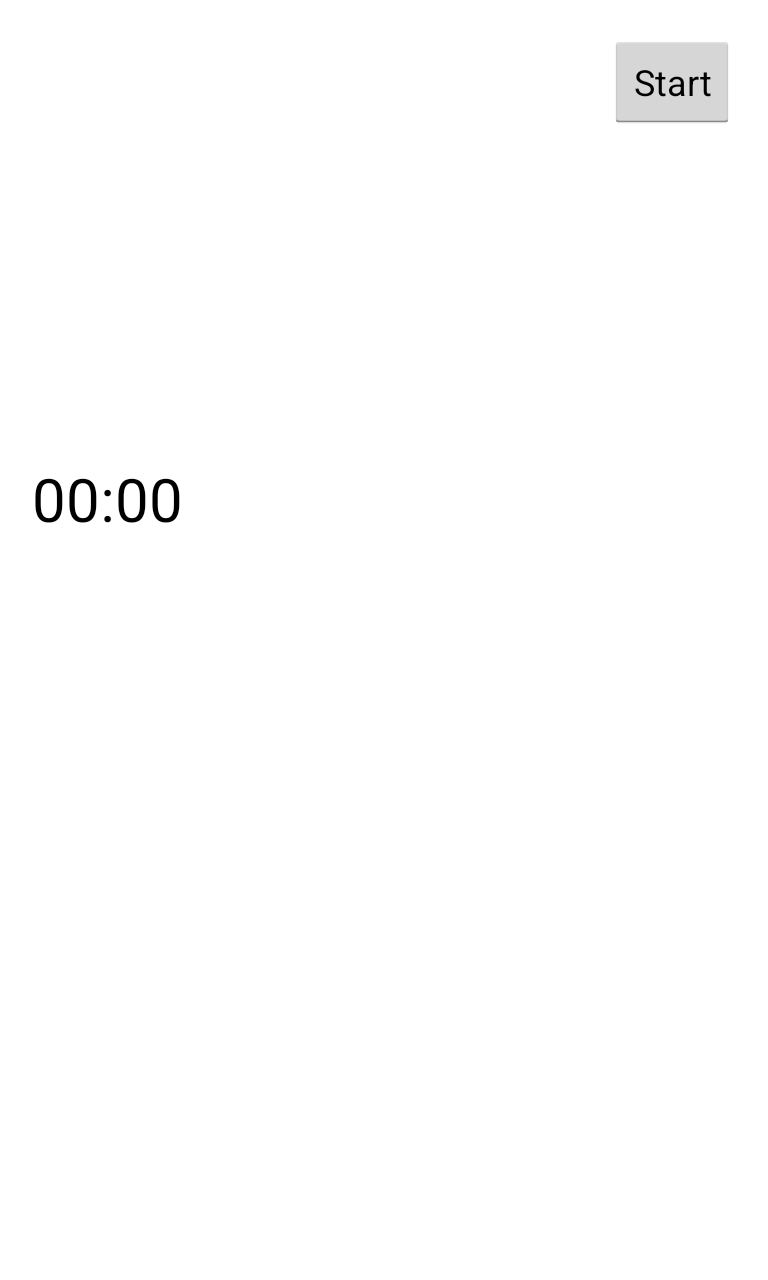
Repository: albertowusuasare/CustomStopWatch
Layout: CustomStopWatch/res/layout/activity_timer.xml
These files come from the project's save history. The layout is drawn as it stood at one moment and after the next save; the edit follows.
It is drawn on a 768 x 1280 px phone screen (xhdpi) without system bars, with theme AppTheme; the app's code is not run.

Above is the layout before, as saved 2014-09-25 02:44:21.

### CustomStopWatch/res/layout/activity_timer.xml
<LinearLayout xmlns:android="http://schemas.android.com/apk/res/android"
    xmlns:tools="http://schemas.android.com/tools"
    android:layout_width="match_parent"
    android:layout_height="match_parent"
    android:paddingBottom="@dimen/activity_vertical_margin"
    android:paddingLeft="@dimen/activity_horizontal_margin"
    android:paddingRight="@dimen/activity_horizontal_margin"
    android:paddingTop="@dimen/activity_vertical_margin"
    tools:context="com.example.customstopwatch.TimerActivity" >

    <Chronometer
        android:id="@+id/chronometer1"
        android:layout_width="0dp"
        android:layout_height="wrap_content"
        android:layout_marginTop="213dp"
        android:layout_weight="0.25"
        android:format="%s"
        android:text="Chronometer"
        android:textSize="30sp" />

    <Button
        android:id="@+id/start_button"
        android:layout_width="wrap_content"
        android:layout_height="wrap_content"
        android:text="@string/StartButton" />

</LinearLayout>

### CustomStopWatch/res/values/strings.xml
<?xml version="1.0" encoding="utf-8"?>
<resources>

    <string name="app_name">CustomStopWatch</string>
    <string name="hello_world">Hello world!</string>
    <string name="action_settings">Settings</string>
    <string name="app_id">724899087577885</string>
    <string name="AppName">STVP WVTCH</string>
    <string name="StartButton">Start</string>
     <string name="StopButton">Stop</string>
    <string name="title_activity_timer">TimerActivity</string>

</resources>

Loaded but not shown: CustomStopWatch/res/values/styles.xml (common file); CustomStopWatch/res/values-v11/styles.xml (common file); CustomStopWatch/res/values-v14/styles.xml (common file); CustomStopWatch/res/values/dimens.xml (common file); CustomStopWatch/res/values-w820dp/dimens.xml (common file)

After the next save:
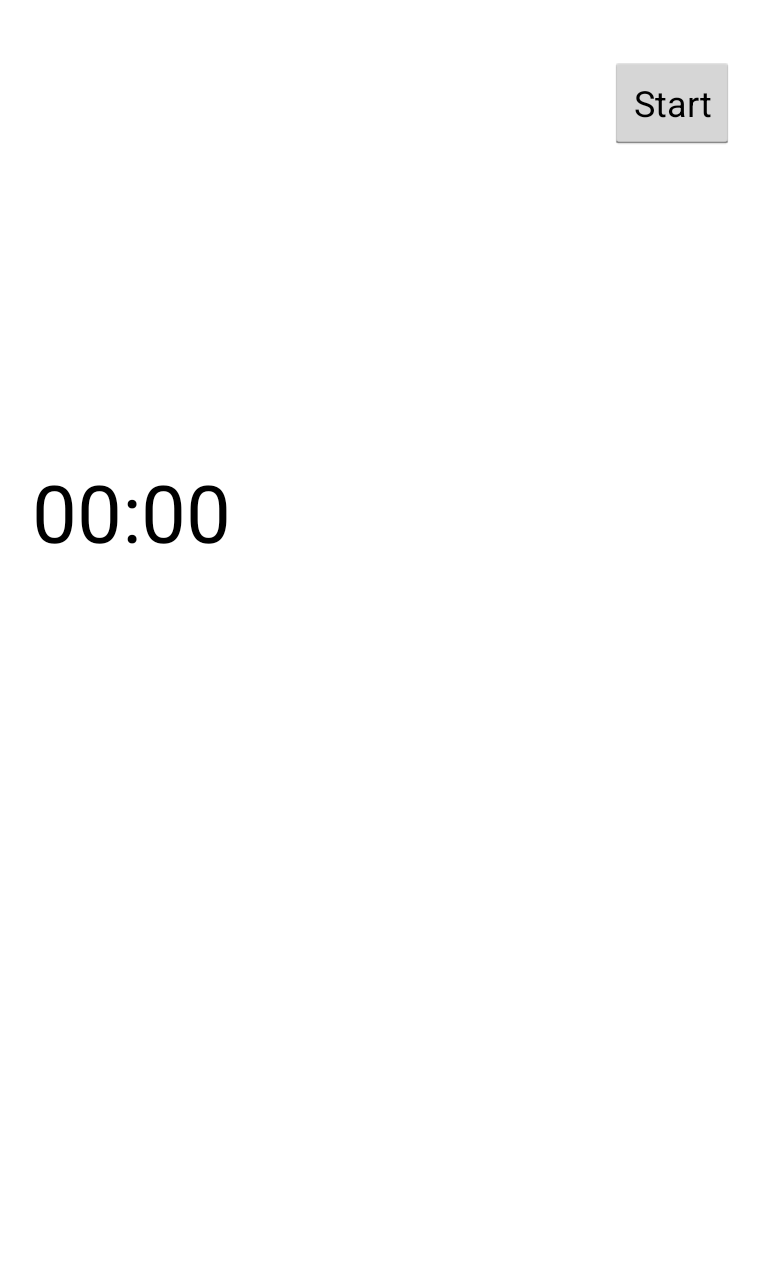
Saved 6 s later.
--- a/CustomStopWatch/res/layout/activity_timer.xml
+++ b/CustomStopWatch/res/layout/activity_timer.xml
@@ -16,7 +16,7 @@
         android:layout_weight="0.25"
         android:format="%s"
         android:text="Chronometer"
-        android:textSize="30sp" />
+        android:textSize="40sp" />
 
     <Button
         android:id="@+id/start_button"
